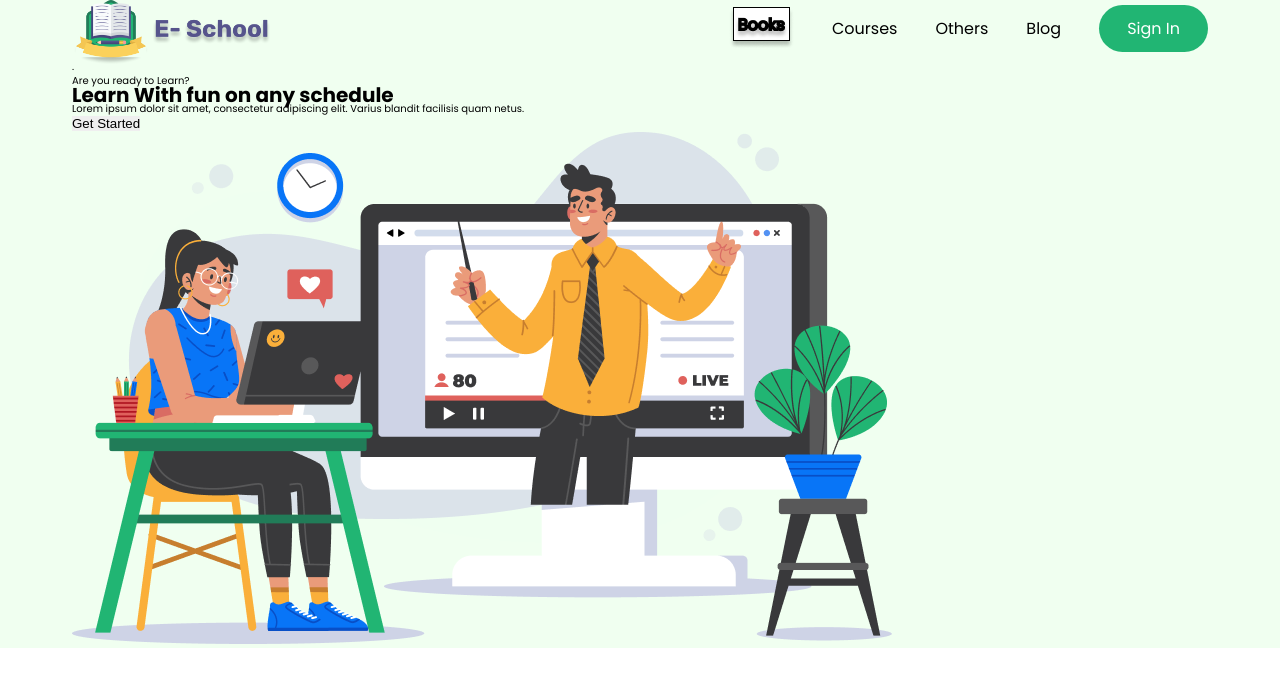
Repository: bijaythakur-code/E-school
Page: index.html
An editor plug-in stored every save of this project. The page is shown before and after the next save, followed by the edit.
The browser window is 1280 px wide. The pictures show the whole page.

Above is the page before, as saved 2022-05-11 14:57:18.
Console error: TypeError: Cannot set properties of null (setting 'textContent')

After the next save:
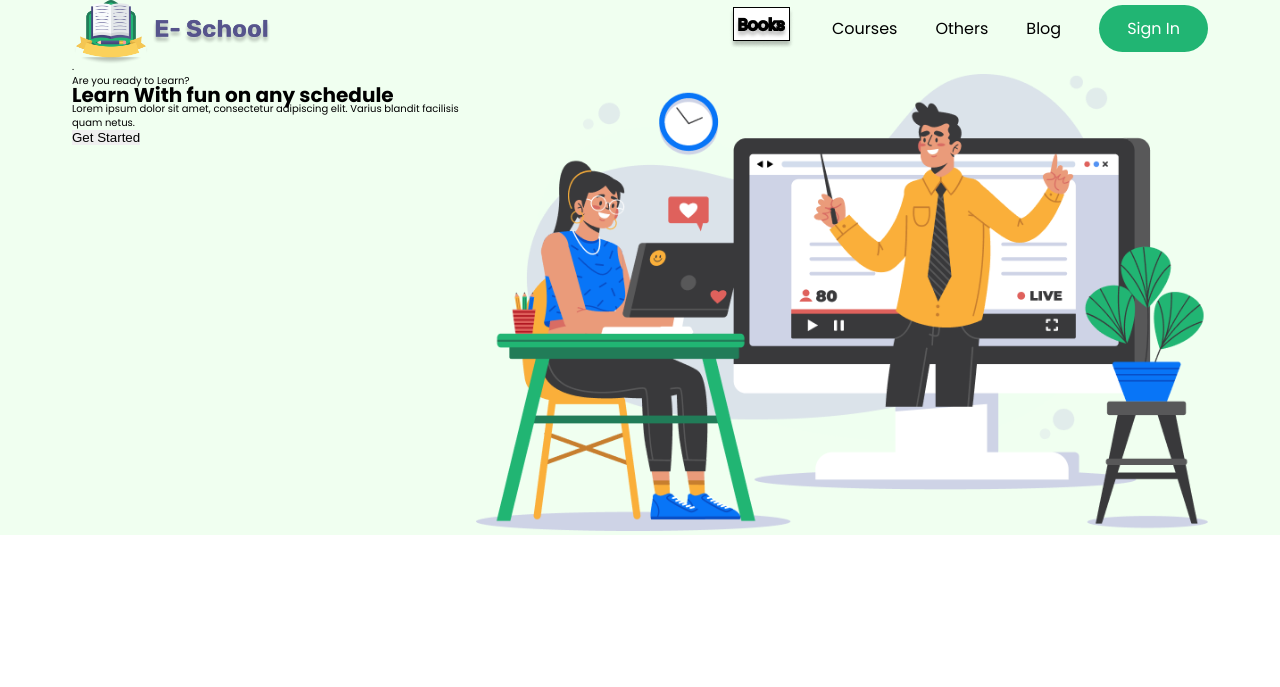
Saved 54 s later.
--- a/css/style.css
+++ b/css/style.css
@@ -39,3 +39,7 @@
 /* mobile menu */
 
 /*=============== HERO SECTION ===============*/
+
+.hero {
+  display: flex;
+}
